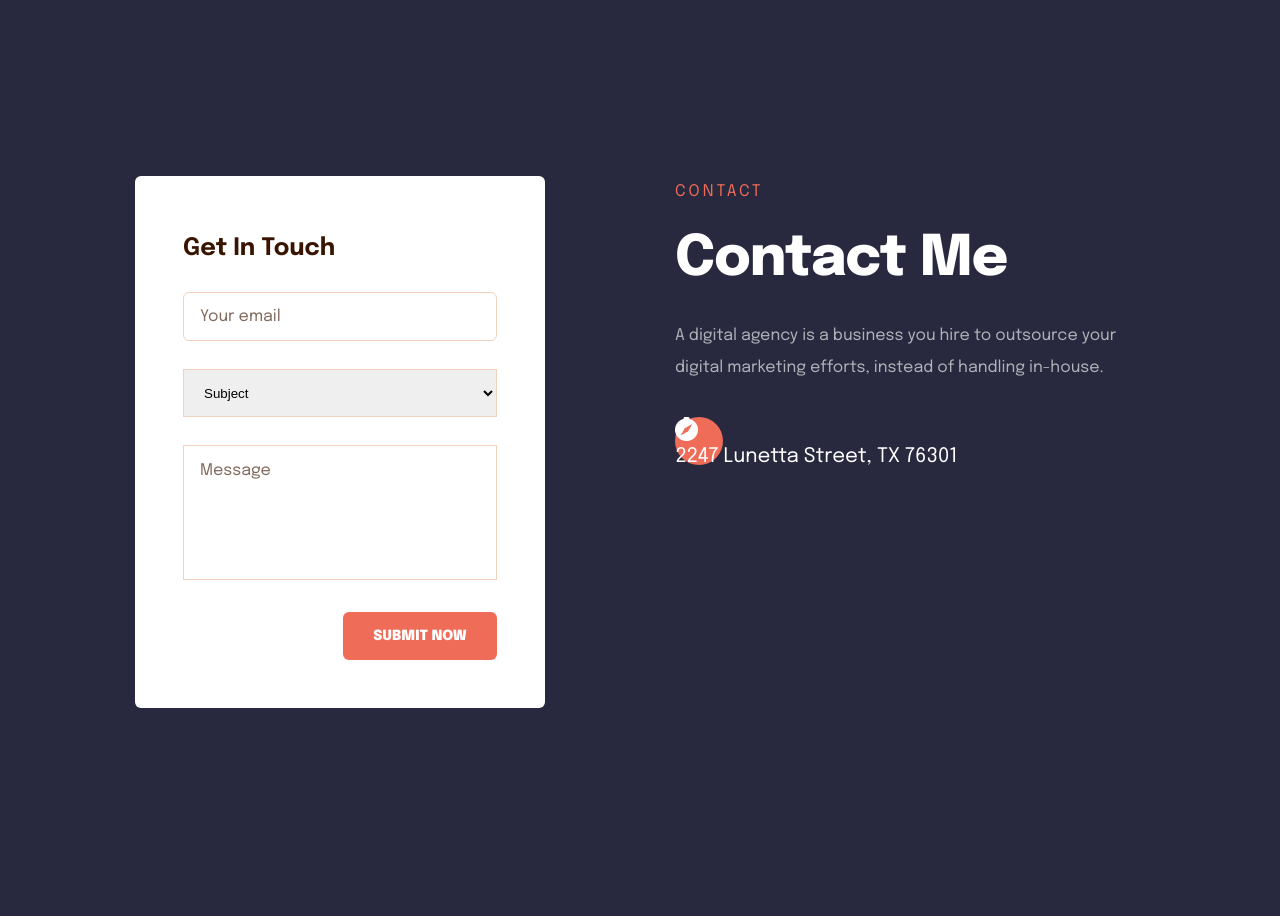
Repository: simralgasimov/contact-me
Page: index.html
These files come from the project's save history. The page is drawn as it stood at one moment and after the next save; the edit follows.
The browser window is 1280 px wide. The pictures show the whole page.

Above is the page before, as saved 2023-10-04 13:35:06.

After the next save:
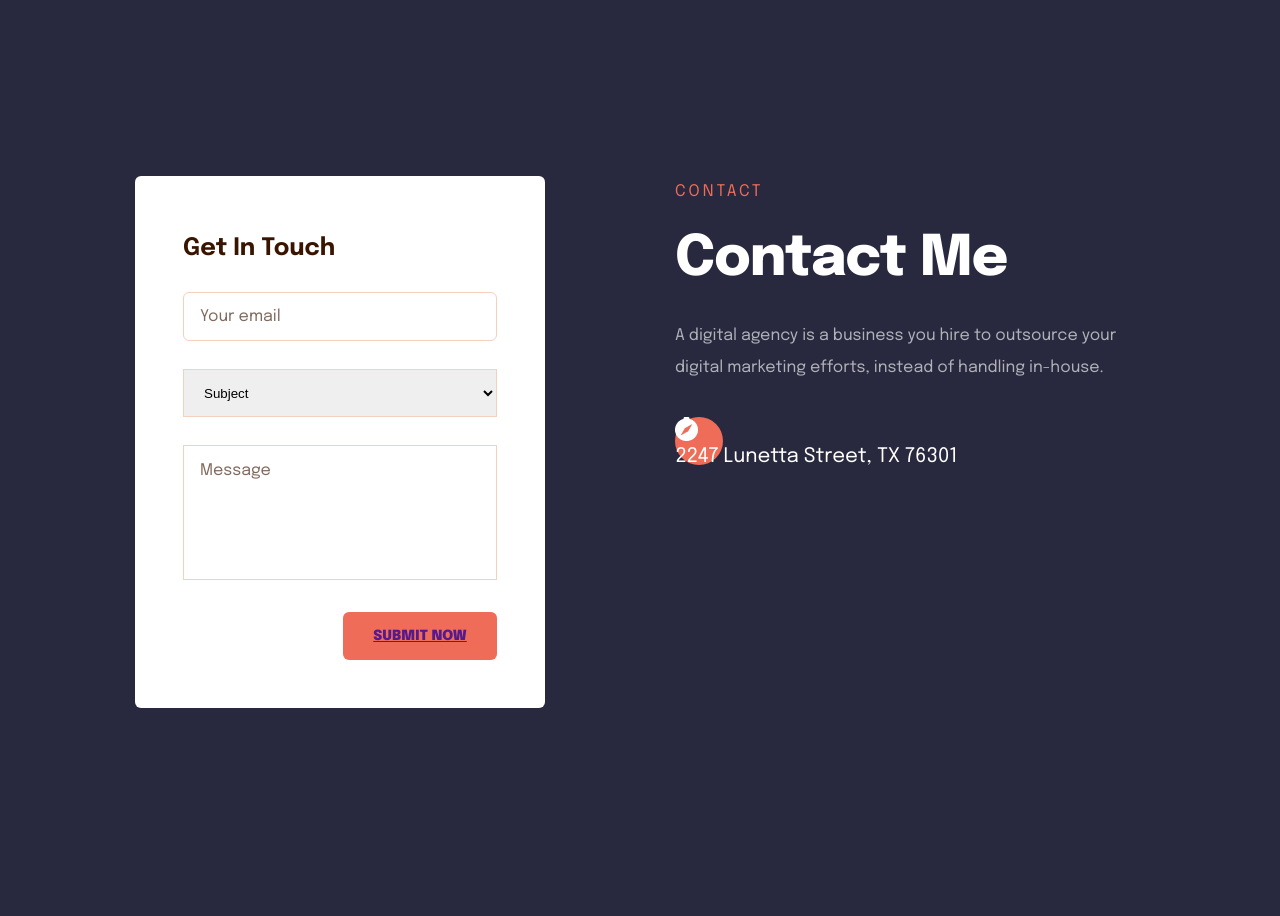
Saved 18 s later.
--- a/index.html
+++ b/index.html
@@ -26,7 +26,7 @@
             <textarea name=""  placeholder="Message" id=""></textarea>
             <!-- <input type="textarea" name="" id="" /> -->
           </label>
-          <button type="submit">Submit Now</button>
+          <button><a href="">Submit Now</a></button>
         </form>
 
 
